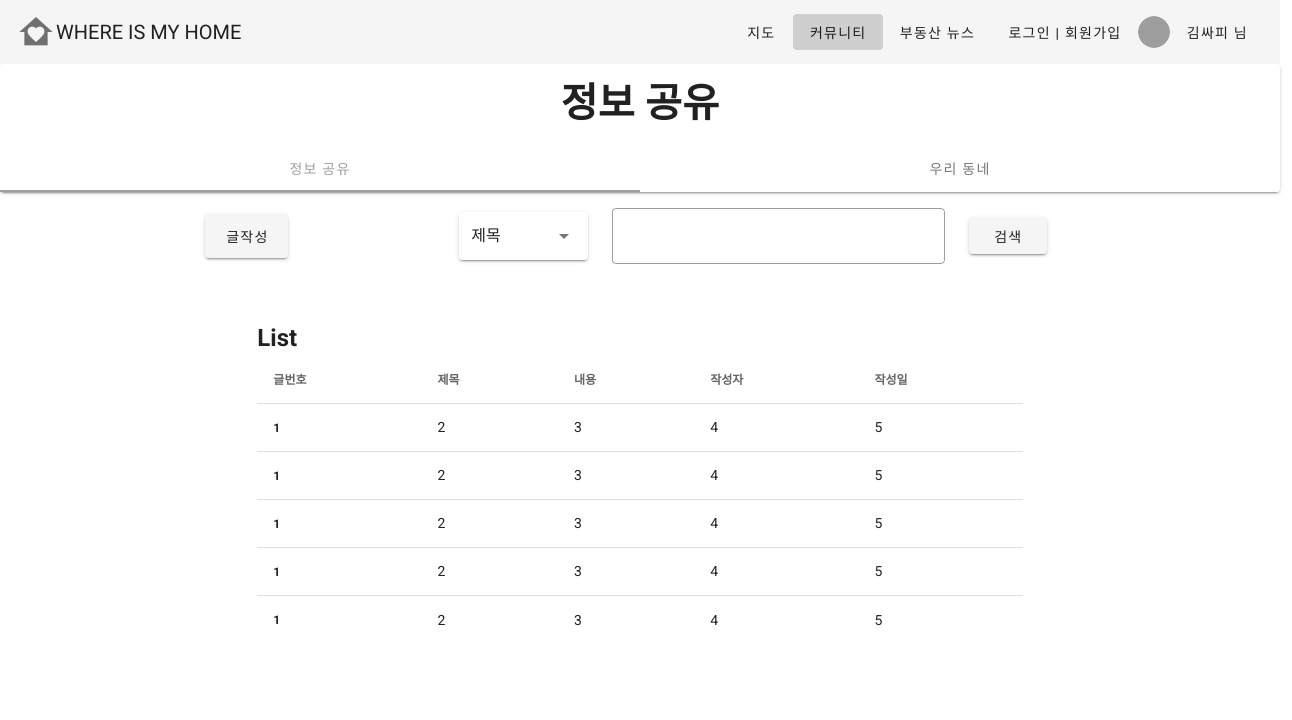
Repository: misso88/vue-whereIsMyHome
Page: /community/list
The author's editor kept a copy of each file at every save. The page is drawn from the files as they stood at one save, then again after the next save.
The browser window is 1280 px wide. The page is 1292 px wide, so the pictures cover 1292 px, including what lies to the right of the window. The pictures show the whole page.
Pictures or frames that could not be fetched are drawn as grey boxes. The project was rebuilt for these pictures with package versions that can differ from the ones it lists, and the page was loaded fresh each time. Also part of the build but not shown: vue.config.js, src/components/house/map/filter/LocationSelect.vue, src/components/house/HouseSearch.vue, src/views/AppMain.vue, src/components/house/sidebar/HouseListItem.vue, src/components/house/sidebar/HouseList.vue, src/components/house/sidebar/HouseListFilter.vue, src/components/house/sidebar/HouseSidebar.vue and 3 more. Imported but missing from the stored project, and not drawn on this page: src/assets/main.mp4.

Above is the page before, as saved 2022-11-17 17:29:23.

### public/index.html
<!DOCTYPE html>
<html lang="en">
  <head>
    <meta charset="utf-8" />
    <meta http-equiv="X-UA-Compatible" content="IE=edge" />
    <meta name="viewport" content="width=device-width,initial-scale=1.0" />
    <link rel="icon" href="<%= BASE_URL %>favicon.ico" />
    <title><%= htmlWebpackPlugin.options.title %></title>
    <link
      rel="stylesheet"
      href="https://fonts.googleapis.com/css?family=Roboto:100,300,400,500,700,900"
    />
    <link
      rel="stylesheet"
      href="https://cdn.jsdelivr.net/npm/@mdi/font@latest/css/materialdesignicons.min.css"
    />
    <link
      rel="stylesheet"
      href="https://fonts.googleapis.com/css?family=Roboto:100,300,400,500,700,900"
    />
    <link
      rel="stylesheet"
      href="https://cdn.jsdelivr.net/npm/@mdi/font@latest/css/materialdesignicons.min.css"
    />
    <!-- <style>
      html{
        overflow-y: hidden !important;
      }
    </style> -->
  </head>
  <body>
    <noscript>
      <strong
        >We're sorry but <%= htmlWebpackPlugin.options.title %> doesn't work properly without
        JavaScript enabled. Please enable it to continue.</strong
      >
    </noscript>
    <div id="app"></div>
    <!-- built files will be auto injected -->
  </body>
</html>

### src/App.vue
<template>
  <v-app>
    <the-header></the-header>
    <router-view></router-view>
  </v-app>
</template>

<script>
import TheHeader from "@/components/layout/TheHeader";

export default {
  name: "App",
  components: {
    TheHeader,
  },
};
</script>

### src/router/index.js
import Vue from 'vue'
import VueRouter from 'vue-router'

import AppMain from '@/views/AppMain'
import AppHouse from '@/views/AppHouse'
// import AppCommunity from '@/views/AppCommunity'
// import AppNews from '@/views/AppNews'
// import AppMember from '@/views/AppMember'


Vue.use(VueRouter);

const routes = [
  {
    path: '/',
    name: 'main',
    component: AppMain
  },
  {
    path: '/map',
    name: 'map',
    component: AppHouse
  },
  {
    path: '/community',
    name: 'community',
    component: () => import("@/views/AppCommunity"),
    children: [
      {
        path: "list",
        name: "boardlist",
        component: () => import("@/components/board/BoardList")
      },
    ],
  },
  {
    path: '/news',
    name: 'news',
    component: () => import("@/views/AppNews")
  },
  // {
  //   path: '/house',
  //   name: 'house',
  //   component: () => import("@/views/AppHouse"),
  //   children: [
  //     {
  //       path: "login",
  //       name: "login",
  //       component: () => import("@/components/member/MemberLogin")
  //     },
  //     {
  //       path: "join",
  //       name: "join",
  //       component: () => import("@/components/member/MemberJoin")
  //     },
  //   ]
  // },
  {
    path: '/member',
    name: 'member',
    component: () => import("@/views/AppMember"),
    children: [
      {
        path: "login",
        name: "login",
        component: () => import("@/components/member/MemberLogin")
      },
      {
        path: "join",
        name: "join",
        component: () => import("@/components/member/MemberJoin")
      },
    ]
  },
  {
    path: "/profile",
    name: "profile",
    component: () => import("@/views/TempProfile"),
    children: [
      {
        path: "mypage",
        name: "mypage",
        component: () => import("@/components/profile/ProfileMypage")
      },
      {
        path: "wishlist",
        name: "wishlist",
        component: () => import("@/components/profile/ProfileWishlist")
      },
      {
        path: "notice",
        name: "notice",
        component: () => import("@/components/profile/ProfileNotice")
      },
      {
        path: "helpcenter",
        name: "helpcenter",
        component: () => import("@/components/profile/ProfileHelpcenter")
      },
    ]
  },
]

const router = new VueRouter({
  mode: 'history',
  base: process.env.BASE_URL,
  routes,
})

export default router;

### src/store/index.js
import Vue from 'vue'
import Vuex from 'vuex'
import createPersistedState from "vuex-persistedstate";

Vue.use(Vuex)

export default new Vuex.Store({
  state: {
    mainWidth: 7,
    communityTab: null,
    options: []
  },
  getters: {
    mainWidth(state) {
      return state.mainWidth;
    }
  },
  mutations: {
    SET_COMMUNITY_TAB (state, communityTab) {
      state.communityTab = communityTab;
    },
    SET_OPTIONS (state, options) {
      state.options = options;
    },
  },
  actions: {
  },
  modules: {},
  plugins: [
    createPersistedState({
      // 브라우저 종료시 제거하기 위해 localStorage가 아닌 sessionStorage로 변경. (default: localStorage)
      storage: sessionStorage,
    }),
  ],

})

### src/plugins/vuetify.js
import Vue from 'vue';
import Vuetify from 'vuetify/lib';

Vue.use(Vuetify);

export default new Vuetify({
    icons: {
        iconfont: 'mdiSvg', // 'mdi' || 'mdiSvg' || 'md' || 'fa' || 'fa4' || 'faSvg'
    },
});

### src/components/layout/TheHeader.vue
<template>
  <v-app-bar app elevation="0" absolute clipped-left>

        <router-link style="text-decoration:none"
    :to="{ name: 'main' }"
    ><v-icon x-large>mdi-home-heart</v-icon></router-link>
    <v-toolbar-title default>
      WHERE IS MY HOME
    </v-toolbar-title>

    <v-spacer></v-spacer>

    <v-btn
        v-for="menu in menus"
        :key="menu.link"
        text
        :to="{ name: menu.link }"
      >
        {{ menu.value }}
    </v-btn>

    <!-- 프로필 -->
    <v-avatar
      size="32"
    >
      <img
        src="https://cdn.vuetifyjs.com/images/john.jpg"
        alt="John">
    </v-avatar>
    <v-menu offset-y>
      <template v-slot:activator="{ on, attrs }">
        <v-btn
          color="transparent"
          elevation="0"
          v-bind="attrs"
          v-on="on"
        >
          김싸피 님
          <!-- 프로필 이미지 -->
        </v-btn>
      </template>
      <v-list>
        <v-list-item
          v-for="(item, index) in profile"
          :key="index"
        >
          <router-link :to="{ name: item.name}" > {{ item.title }}</router-link>
        </v-list-item>
      </v-list>
    </v-menu>
  </v-app-bar>
</template>

<script>
export default {
    name: "TheHeader",
    data() {
        return {
          menus: [],
          profile: []
        };
    },
    created() {
      this.menus = [
        {
          link: 'map',
          value: "지도"
        },
        {
          link: 'community',
          value: "커뮤니티"
        },
        {
          link: 'news',
          value: "부동산 뉴스"
        },
        {
          link: 'login',
          value: "로그인 | 회원가입"
        },
      ],
      this.profile = [
        {
          name: 'mypage',
          title: "내정보"
        },
        {
          name: 'wishlist',
          title: "찜 목록"
        },
        {
          name: 'notice',
          title: "공지사항"
        },
        {
          name: 'helpcenter',
          title: "고객센터"
        },
        {
          name: 'mypage',
          title: "로그아웃"
        },
      ]
    }
}
</script>

<style>

</style>

### src/views/AppCommunity.vue
<template>
  <v-main>
    <board-header></board-header>
    <v-row>
    <v-spacer/>
    <v-col cols=8>
      <v-row align="center" justify="space-between">
        <v-btn large>글작성</v-btn>
        <search-bar></search-bar>
      </v-row>
      <!-- <router-view></router-view> -->
      <board-list></board-list>
      </v-col>
   <v-spacer/>
    </v-row>
  </v-main>
</template>

<script>
import BoardHeader from "@/components/board/BoardHeader.vue";
import SearchBar from "@/components/layout/SearchBar.vue";
import BoardList from "@/components/board/BoardList.vue";

export default {
  name: "AppCommunity",
  components: { BoardHeader, SearchBar, BoardList },
  data() {
    return {
      mainWidth: this.$store.getters.mainWidth,
      options: [
        {
          text:"제목",
          value:"title",
        },
        {
          text:"내용",
          value:"contents"
        },
        {
          text:"작성자",
          value:"author"
        },
      ]
    };
  },
  created() {
    this.$store.commit("SET_OPTIONS", this.options);
  }
};
</script>

<style>

</style>

### src/components/board/BoardList.vue
<template>
<div class="ma-10">
    <h2>List {{ getTab }}</h2>
    <v-simple-table>
        <thead>
            <tr>
                <th v-for="header in headers" :key="header">{{header}}</th>
            </tr>
        </thead>
        <tbody>
            <board-list-item v-for="item in 5" :key="item"></board-list-item>
        </tbody>
    </v-simple-table>
</div>
</template>

<script>
import BoardListItem from "@/components/board/item/BoardListItem";

export default {
    name: "BoardList",
    data() {
        return {
            headers: [
                "글번호", "제목", "내용", "작성자", "작성일"
            ]
        }
    },
    components: {
        BoardListItem,
    },
    computed: {
        getTab(){
            return this.$store.state.communityTab;
        }
    }
}
</script>

<style>

</style>

### src/components/board/BoardHeader.vue
<template>
  <!-- <div>
    <h2>BoardHeader</h2>
    <button @click="a('1')">정보 공유</button>
    <button @click="a('2')">우리 동네</button>
  </div> -->
  <v-card>
    <v-card-title class="text-center justify-center py-6">
      <h1 class="font-weight-bold">
        {{tabs[tab].title}}
      </h1>
    </v-card-title>
    <v-tabs
      v-model="tab"
      color="grey"
      grow
    >
      <v-tab
        v-for="item in tabs"
        :key="item.type"
        @click="clickTab(item.type)"
        >
        {{ item.title }}
      </v-tab>
    </v-tabs>
  </v-card>
</template>

<script>
export default {
    name: "BoardHeader",
    data () {
      return {
        tab: 0,
        tabs: [
          {
            type: 0,
            title: "정보 공유"
          },
          {
            type: 1,
            title: "우리 동네"
          },
        ],
    }
  },
    methods: {
        clickTab(selectedTab){
          this.$store.commit("SET_COMMUNITY_TAB", selectedTab);
          this.$router.replace({
                name: "boardlist",
          });
        },
    },
};
</script>

<style>

</style>

### src/components/layout/SearchBar.vue
<template>
<div>
  <v-row class="ma-2 pa-2" align="center">
    <v-col cols="3">
      <v-select
        v-model="select"
        :items="getOptions"
        solo
        hide-details
      ></v-select>
    </v-col>
    <v-col cols="7">
      <v-text-field
        v-model="word"
        type="text"
        outlined
        hide-details ></v-text-field>
    </v-col>
    <v-col cols="2">
      <v-btn width="100%">검색</v-btn>
    </v-col>
  </v-row>
</div>
</template>

<script>
export default {
  name: "BoardSearch",
  data() {
    return {
      select:
      {
        text:"제목",
        value:"title",
      },
      word: "",
    };
  },
  computed: {
    getOptions(){
      return this.$store.state.options;
    },
  }
}
</script>

<style>

</style>

### src/components/board/item/BoardListItem.vue
<template>
  <tr>
    <th>1</th>
    <td>2</td>
    <td>3</td>
    <td>4</td>
    <td>5</td>
  </tr>
</template>

<script>
export default {
    name: "BoardListItem"
}
</script>

<style>

</style>

Loaded but not shown: src/main.js (common file)

After the next save:
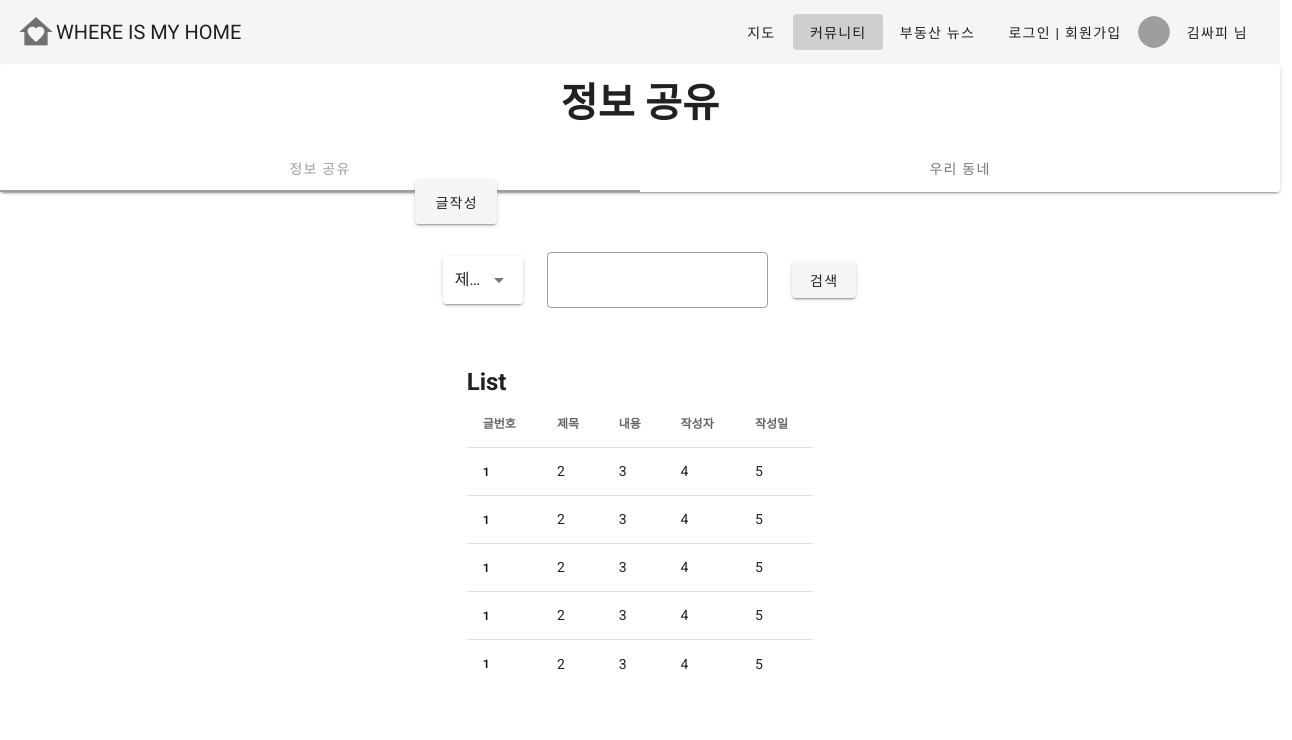
Saved 8 s later.
--- a/src/views/AppCommunity.vue
+++ b/src/views/AppCommunity.vue
@@ -3,7 +3,7 @@
     <board-header></board-header>
     <v-row>
     <v-spacer/>
-    <v-col cols=8>
+    <v-col cols="mainWidth">
       <v-row align="center" justify="space-between">
         <v-btn large>글작성</v-btn>
         <search-bar></search-bar>
